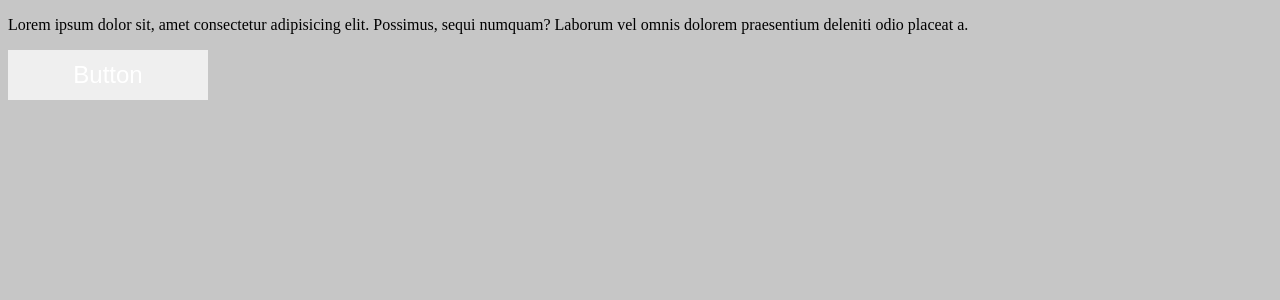
Repository: sparrowkg/TeamWork
Page: index.html
An editor plug-in stored every save of this project. The page is shown before and after a run of saves, followed by the edit.
The browser window is 1280 px wide. The pictures show the whole page.

Above is the page before, as saved 2024-02-08 12:52:32.

### index.html
<!DOCTYPE html>
<html lang="en">
<head>
    <meta charset="UTF-8">
    <meta name="viewport" content="width=device-width, initial-scale=1.0">
    <title>Document</title>
    <link rel="stylesheet" href="./style.css">
</head>
<body>

    <div class="container">
        <div class="pic"></div>
        <p>Lorem ipsum dolor sit, amet consectetur adipisicing elit. Possimus, sequi numquam? Laborum vel omnis dolorem praesentium deleniti odio placeat a.</p>
        <button>Button</button>
    </div>

</body>
</html>

### style.css

body {
  background-color: #c6c6c6;

}
.container [

]
.pic {
    width: 100px;
    height: 100px;
    background-color: blue;
}
button {
    color: #fff;
    border: none;
    width: 200px;
    height: 50px;
    font-size: 24px;

}

After the next 7 saves:
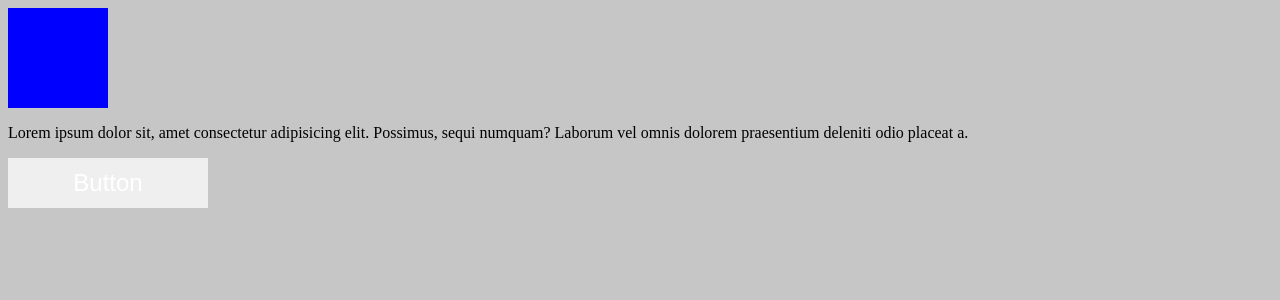
The 7 saves are shown as one change because they came seconds apart.
The last was saved 18 s later.
--- a/style.css
+++ b/style.css
@@ -3,9 +3,9 @@
   background-color: #c6c6c6;
 
 }
-.container [
-
-]
+.container {
+    bgc
+}
 .pic {
     width: 100px;
     height: 100px;
